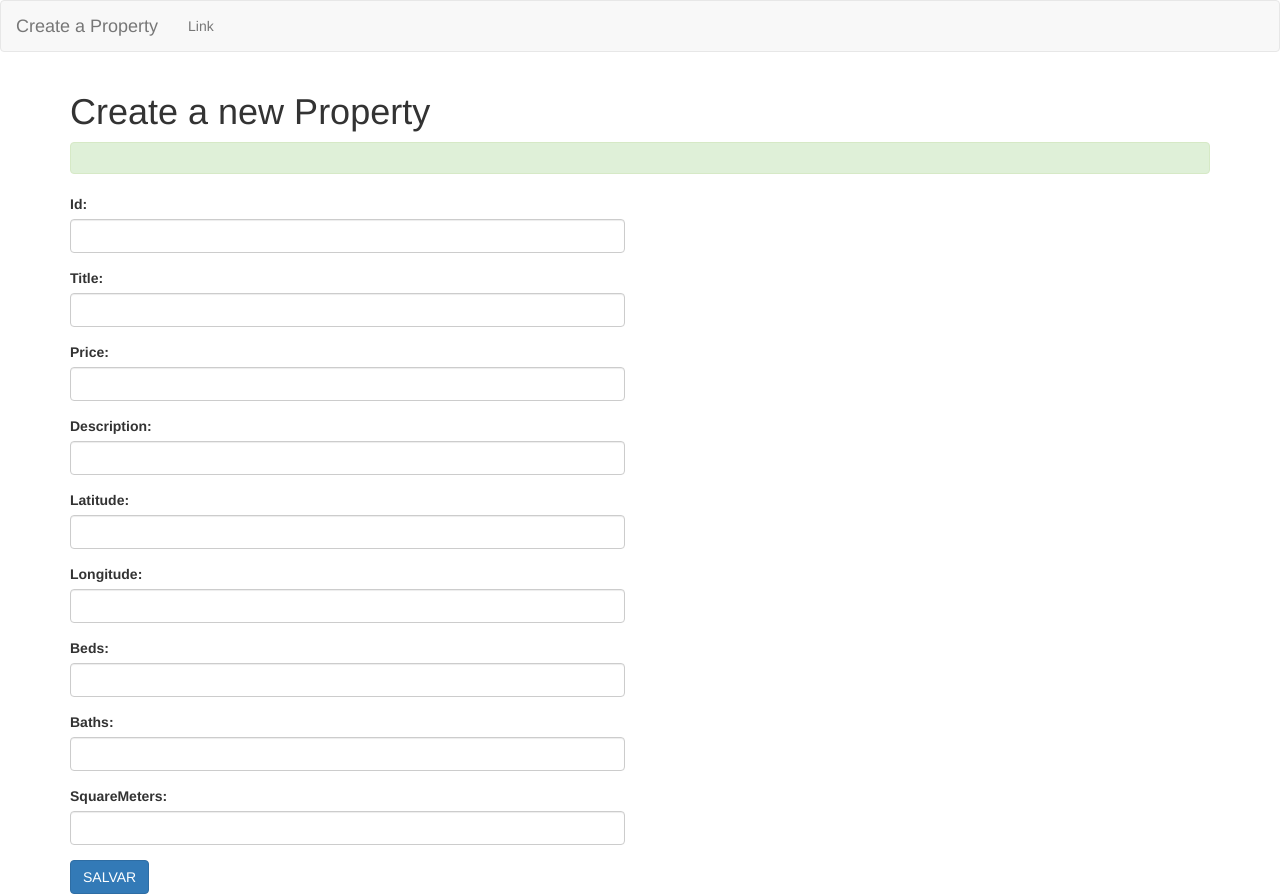
Repository: djoysilva/vivaRealChallenge
Page: http://localhost/vivaReal2.0/createProperty.jsp
An editor plug-in stored every save of this project. The page is shown before and after the next save, followed by the edit.
The browser window is 1280 px wide. The pictures show the whole page.
The page is served by Tomcat 9. Other server files are loaded and not shown.

Above is the page before, as saved 2016-11-02 23:23:34.

### VivaRealWorkSpace/vivaReal2.0/WebContent/createProperty.jsp
<%@ page language="java" contentType="text/html; charset=ISO-8859-1"
    pageEncoding="ISO-8859-1"%>
<!DOCTYPE html PUBLIC "-//W3C//DTD HTML 4.01 Transitional//EN" "http://www.w3.org/TR/html4/loose.dtd">
<html>
<head>
<meta http-equiv="Content-Type" content="text/html; charset=ISO-8859-1">
<%@ include file = "include.jsp"%>
<title>Create a new property</title>
</head>
<body>
	<%@ include file = "menu.jsp" %>
	<div class = "container">
		<h1>Create a new Property</h1>

		<div class = "alert alert-success">
			${success}
		</div>

		<div class = "row">
			<div class = "col-md-6">
				<form action="propertyServlet" method="post">
					<input type="hidden" name="action" value="create">
					<div class = "form-group">
						<label for="idId">Id:</label>
						<input type="text" name="id" id="idId" class="form-control">
					</div>
					<div class = "form-group">
						<label for="idTitle">Title:</label>
						<input type="text" name="title" id="idTitle" class="form-control">
					</div>
					<div class = "form-group">
						<label for="idPrice">Price:</label>
						<input type="text" name="price" id="idPrice" class="form-control">
					</div>
					<div class = "form-group">
						<label for="idDesc">Description:</label>
						<input type="text" name="description" id="idDesc" class="form-control">
					</div>
					<div class = "form-group">
						<label for="idLatitude">Latitude:</label>
						<input type="text" name="latitude" id="idLatitude" class="form-control">
					</div>
					<div class = "form-group">
						<label for="idLongitude">Longitude:</label>
						<input type="text" name="longitude" id="idLongitude" class="form-control">
					</div>
					<div class = "form-group">
						<label for="idBeds">Beds:</label>
						<input type="text" name="beds" id="idBeds" class="form-control">
					</div>
					<div class = "form-group">
						<label for="idBaths">Baths:</label>
						<input type="text" name="baths" id="idBaths" class="form-control">
					</div>
					<div class = "form-group">
						<label for="idSquare">SquareMeters:</label>
						<input type="text" name="square" id="idSquare" class="form-control">
					</div>
					<div>
						<input type="submit" value="SALVAR" class="btn btn-primary">
					</div>
				</form>
			</div>
		</div>
	</div>
</body>
</html>

### VivaRealWorkSpace/vivaReal2.0/WebContent/include.jsp
<link rel = "stylesheet" type = "text/css" href="css/bootstrap.min.css">

### VivaRealWorkSpace/vivaReal2.0/WebContent/menu.jsp
<nav class="navbar navbar-default">
  <div class="container-fluid">
    <!-- Brand and toggle get grouped for better mobile display -->
    <div class="navbar-header">
      <button type="button" class="navbar-toggle collapsed" data-toggle="collapse" data-target="#bs-example-navbar-collapse-1" aria-expanded="false">
        <span class="sr-only">Toggle navigation</span>
        <span class="icon-bar"></span>
        <span class="icon-bar"></span>
        <span class="icon-bar"></span>
      </button>
      <a class="navbar-brand" href="createProperty.jsp">Create a Property</a>
    </div>

    <!-- Collect the nav links, forms, and other content for toggling -->
    <div class="collapse navbar-collapse" id="bs-example-navbar-collapse-1">
      <ul class="nav navbar-nav">
        <li><a href="#">Link</a></li>
      </ul>
    </div><!-- /.navbar-collapse -->
  </div><!-- /.container-fluid -->
</nav>

Loaded but not shown: VivaRealWorkSpace/vivaReal2.0/WebContent/css/bootstrap.min.css (library)

After the next save:
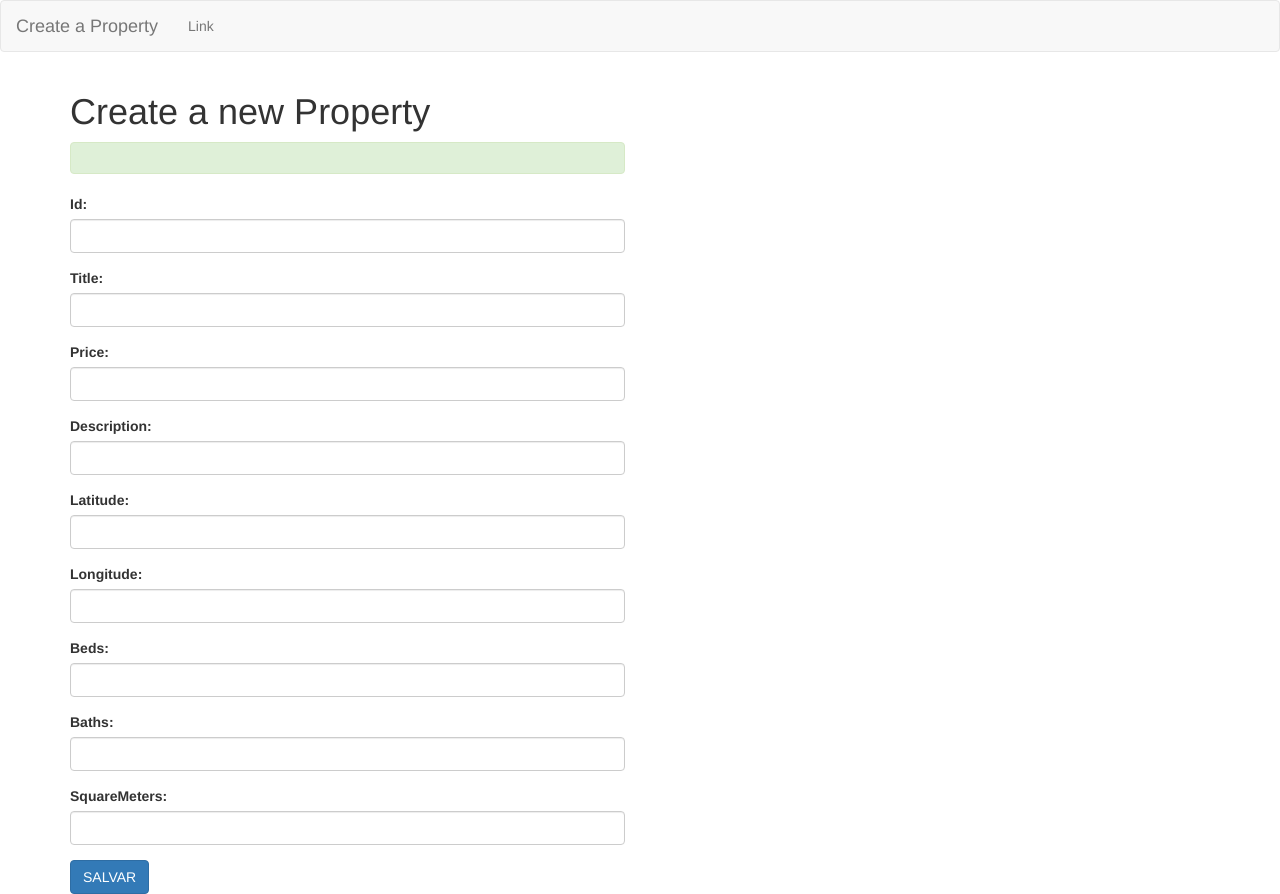
Saved 48 s later.
--- a/VivaRealWorkSpace/vivaReal2.0/WebContent/createProperty.jsp
+++ b/VivaRealWorkSpace/vivaReal2.0/WebContent/createProperty.jsp
@@ -12,12 +12,11 @@
 	<div class = "container">
 		<h1>Create a new Property</h1>
 
-		<div class = "alert alert-success">
-			${success}
-		</div>
-
 		<div class = "row">
 			<div class = "col-md-6">
+				<div class = "alert alert-success">
+					${success}
+				</div>
 				<form action="propertyServlet" method="post">
 					<input type="hidden" name="action" value="create">
 					<div class = "form-group">
